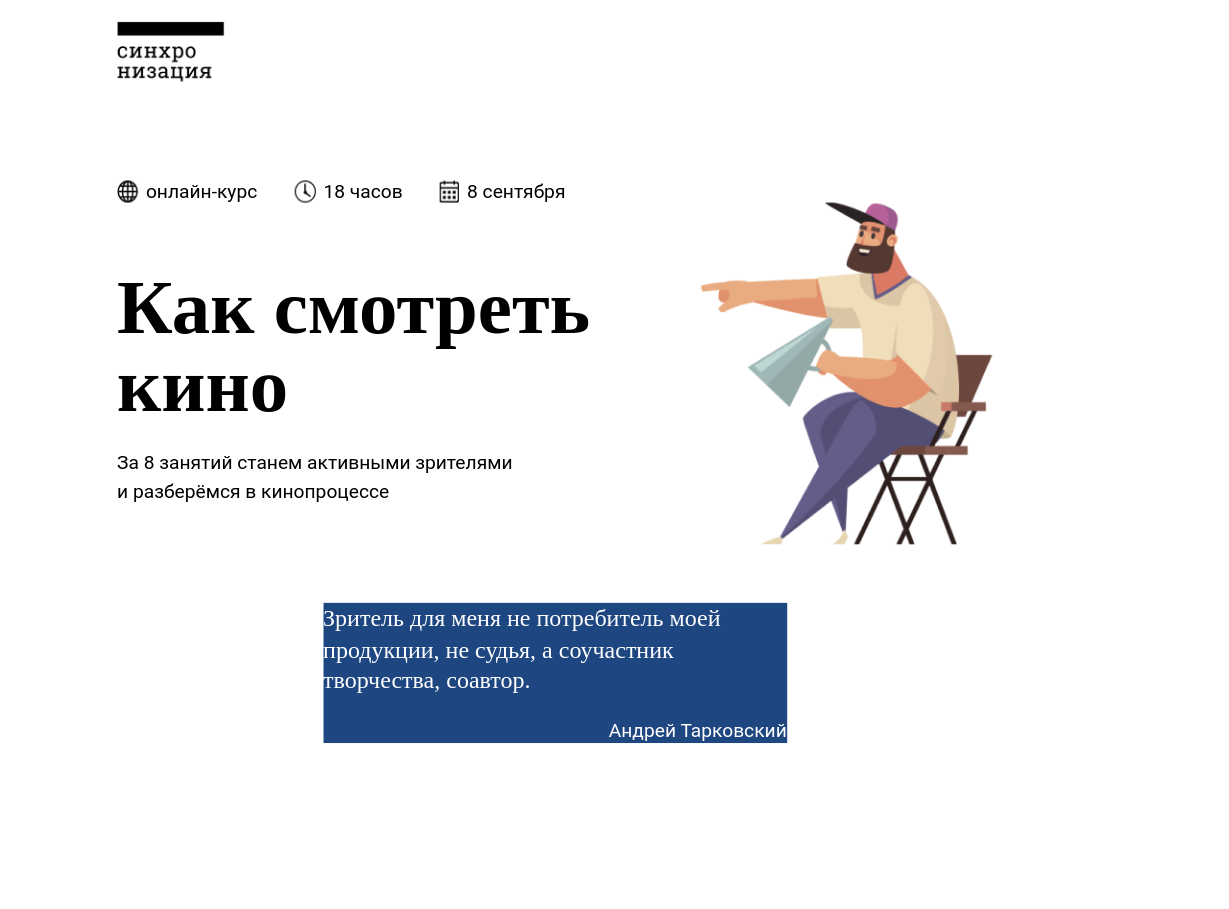
Repository: PoladEziz/Task-8
Page: index.html
These files come from the project's save history. The page is drawn as it stood at one moment and after the next save; the edit follows.
The browser window is 1280 px wide. The pictures show the whole page, at 96% of full size.

Above is the page before, as saved 2023-05-25 16:27:41.

After the next save:
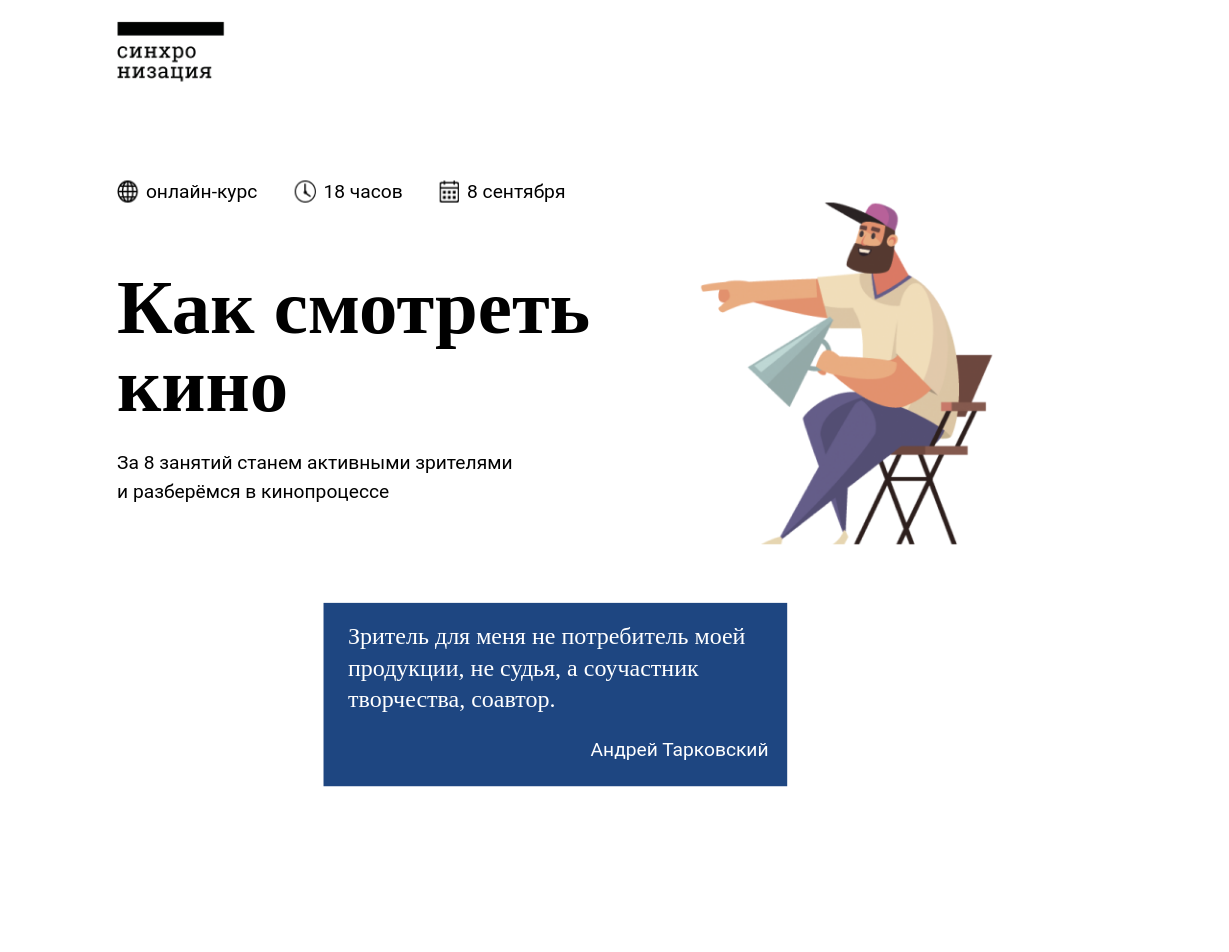
Saved 9 s later.
--- a/index.css
+++ b/index.css
@@ -27,7 +27,7 @@
   width: 483px;
   /* height: 200px; */
   background-color: #1e4681;
-  /* padding: 19px 19px 26px 26px; */
+  padding: 19px 19px 26px 26px;
 }
 
 .box p {
